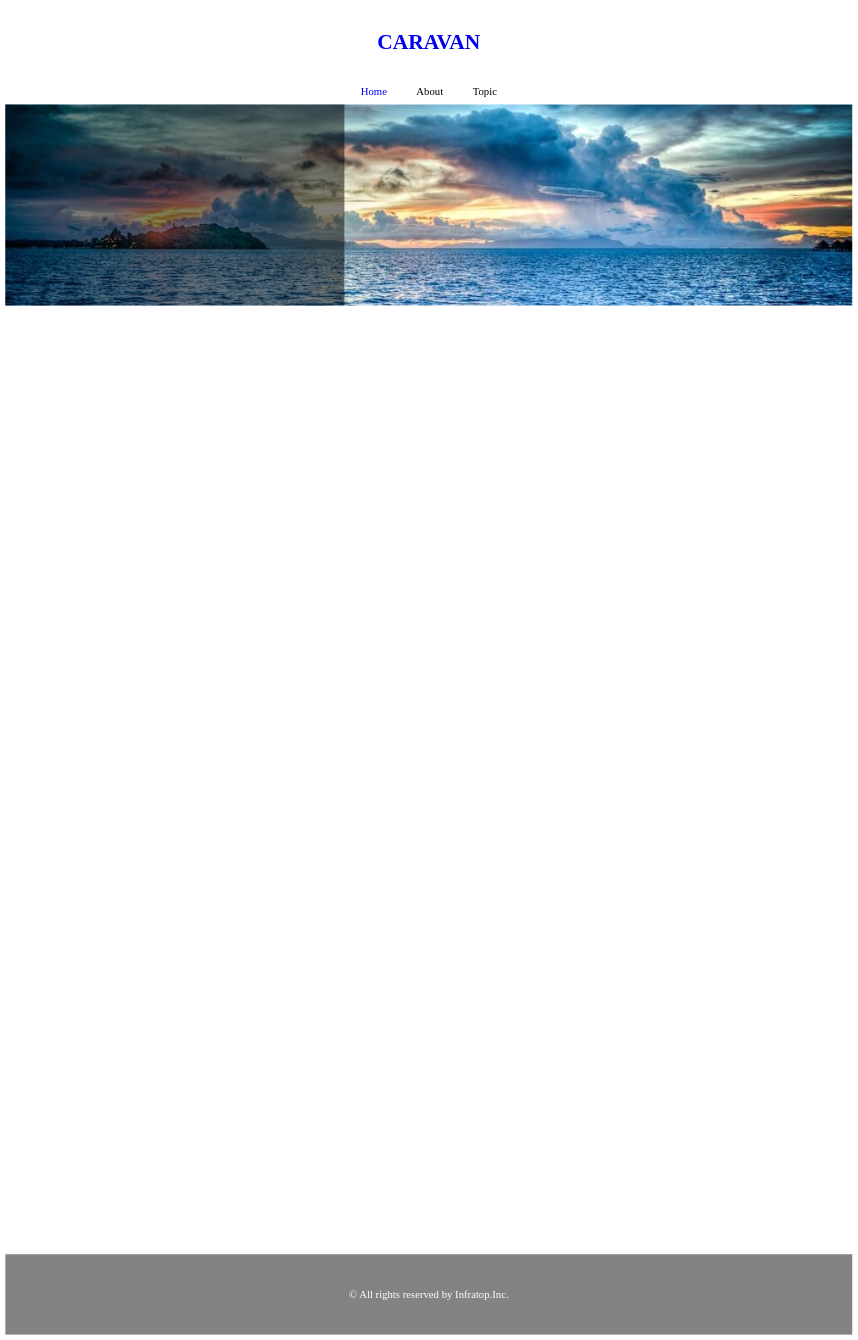
Repository: t-sato-infratop/environment
Page: caravan/index.html
The author's editor kept a record of every edit. The page is drawn from the files as they stood at one moment, then again after the next edit.
The browser window is 1280 px wide. The pictures show the whole page, at 67% of full size.

Above is the page before.

After the next edit:
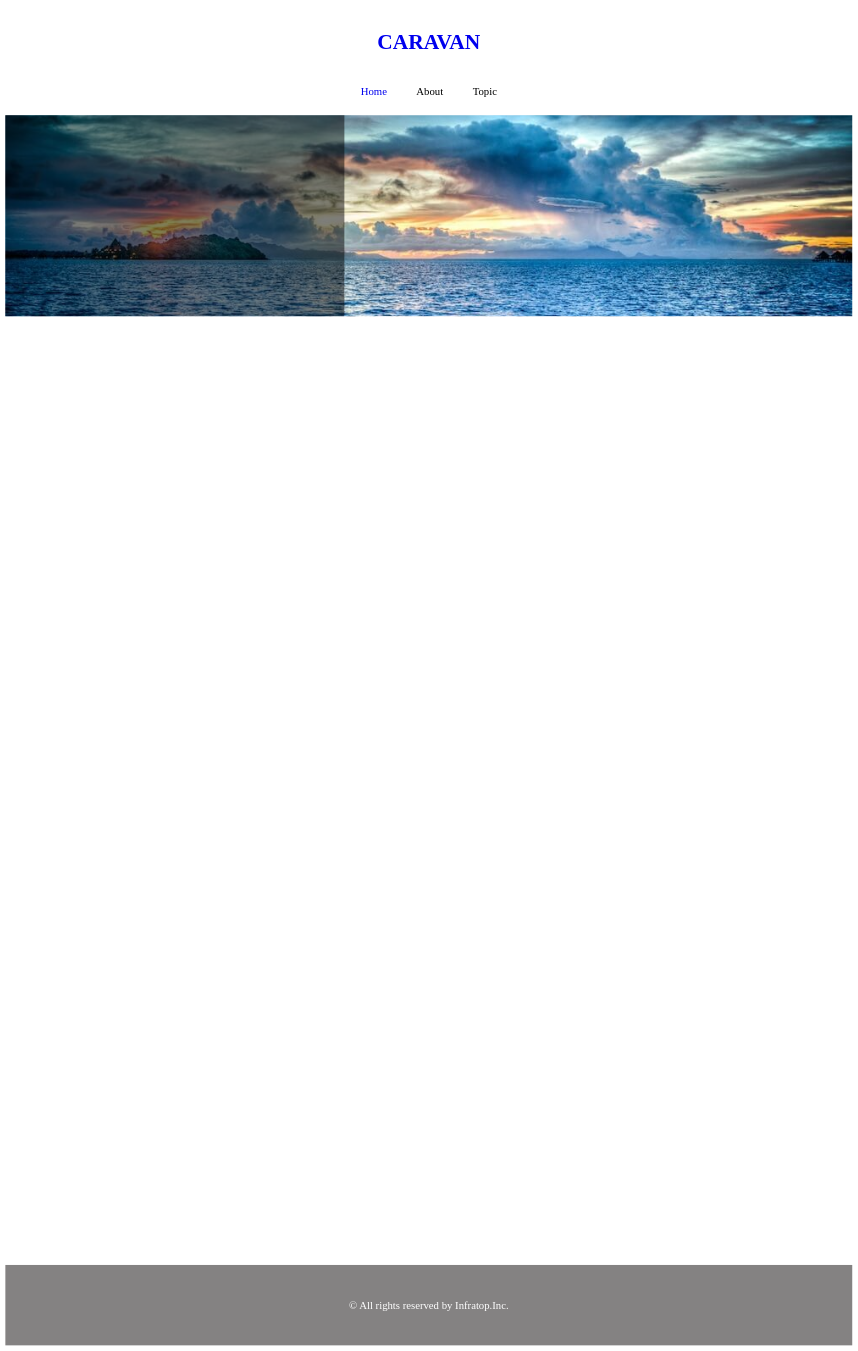
The edit:
--- a/caravan/index.html
+++ b/caravan/index.html
@@ -26,7 +26,14 @@
     </nav>
 
     <div class="main-visual">
-      <div class="main-visual-content"></div>
+      <div class="main-visual-content">
+        <p class="main-visual-text">
+
+        </p>
+        <p class="main-visual-name">
+
+        </p>
+      </div>
     </div>
     <div class="main">
       <div class="blog"></div>
